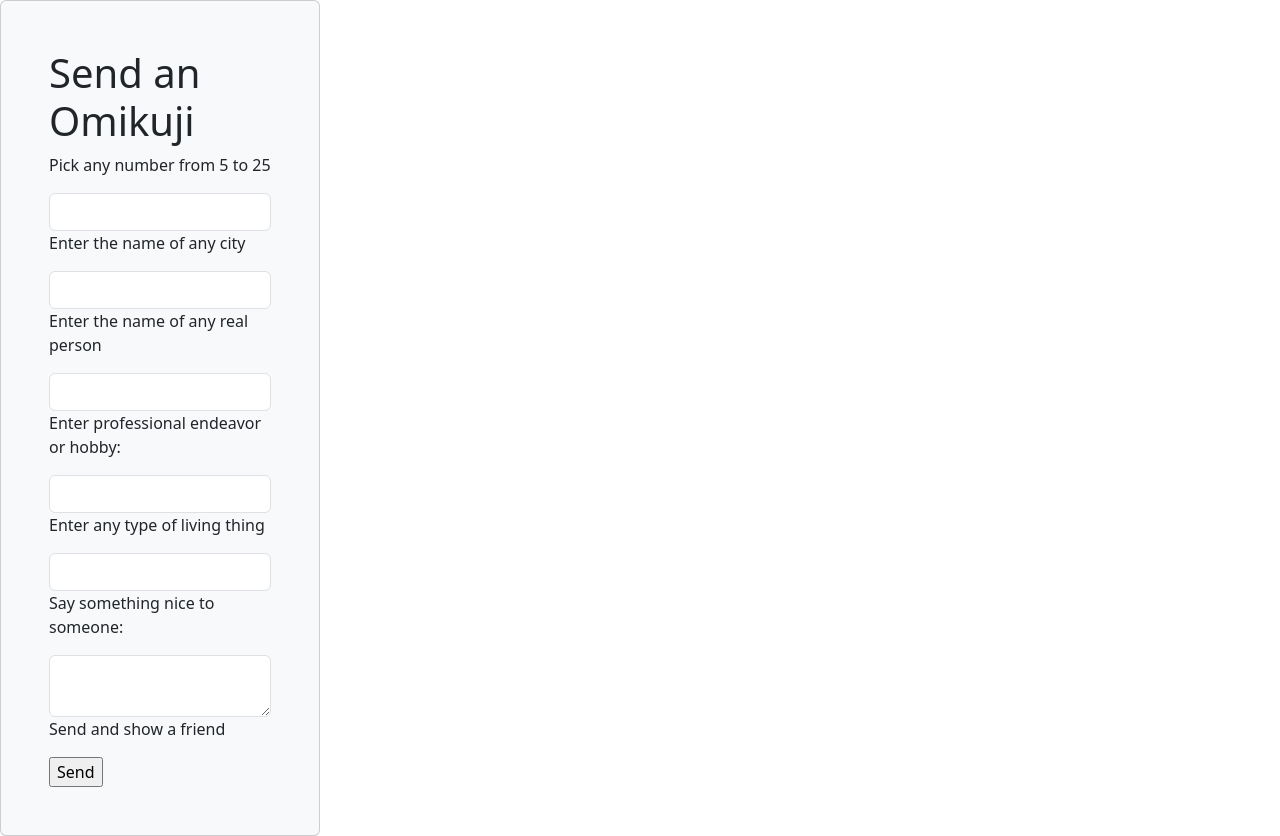
Repository: ShathaMorales/Java-Stack
Page: http://localhost/OmikujiForm/WEB-INF/index.jsp
The author's editor kept a copy of each file at every save. The page is drawn from the files as they stood at one save, then again after the next save.
The browser window is 1280 px wide. The pictures show the whole page.
The page is served by Tomcat 10. Nobody is signed in. The template is opened directly, without the code that normally fills it, so the values that code supplies are empty.

Above is the page before, as saved 2023-05-06 10:39:43.

After the next save:
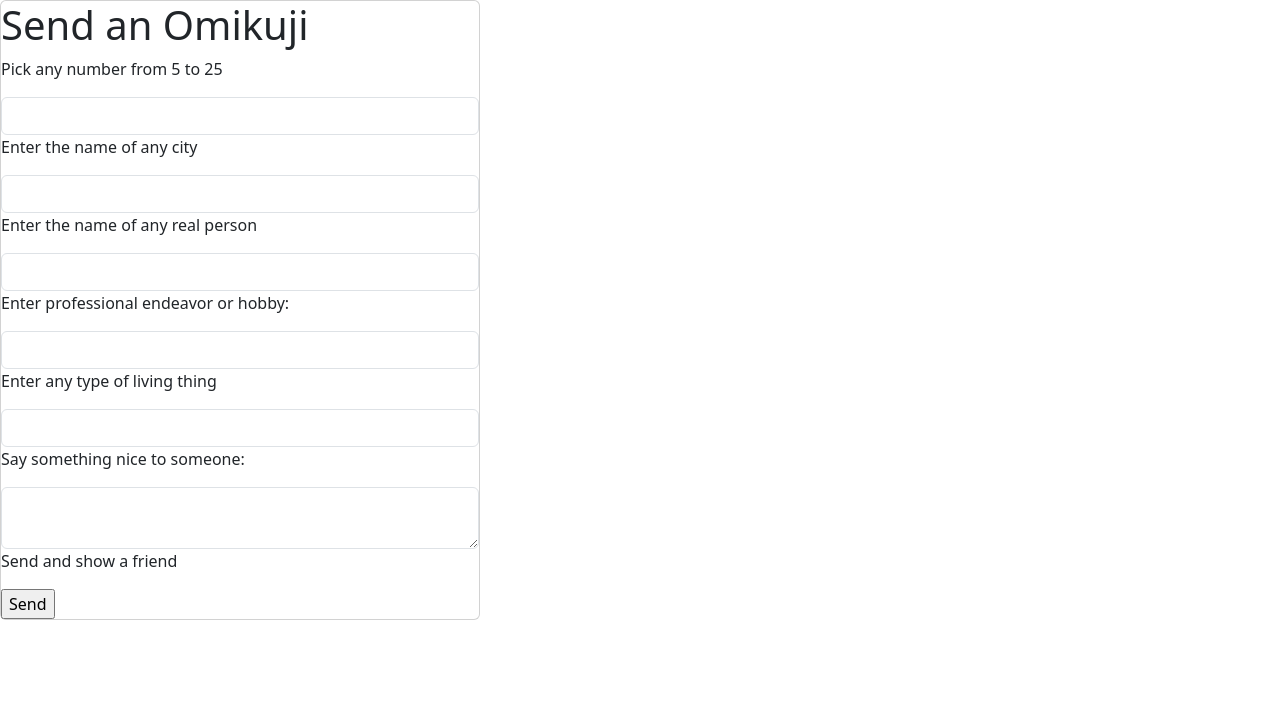
Saved 19 s later.
--- a/_java/JavaSpring/OmikujiForm/OmikujiForm/src/main/webapp/WEB-INF/index.jsp
+++ b/_java/JavaSpring/OmikujiForm/OmikujiForm/src/main/webapp/WEB-INF/index.jsp
@@ -10,7 +10,7 @@
 <title>Omikuji Form</title>
 </head>
 <body>
-	<div class="card p-5 bg-light" style="width: 20rem;">
+	<div class="card" style="width: 30rem;">
 		<h1>Send an Omikuji</h1>
 		<form action="/omikuji/handle" method="POST">
 			<p><label>Pick any number from 5 to 25</label></p>

After the save that followed:
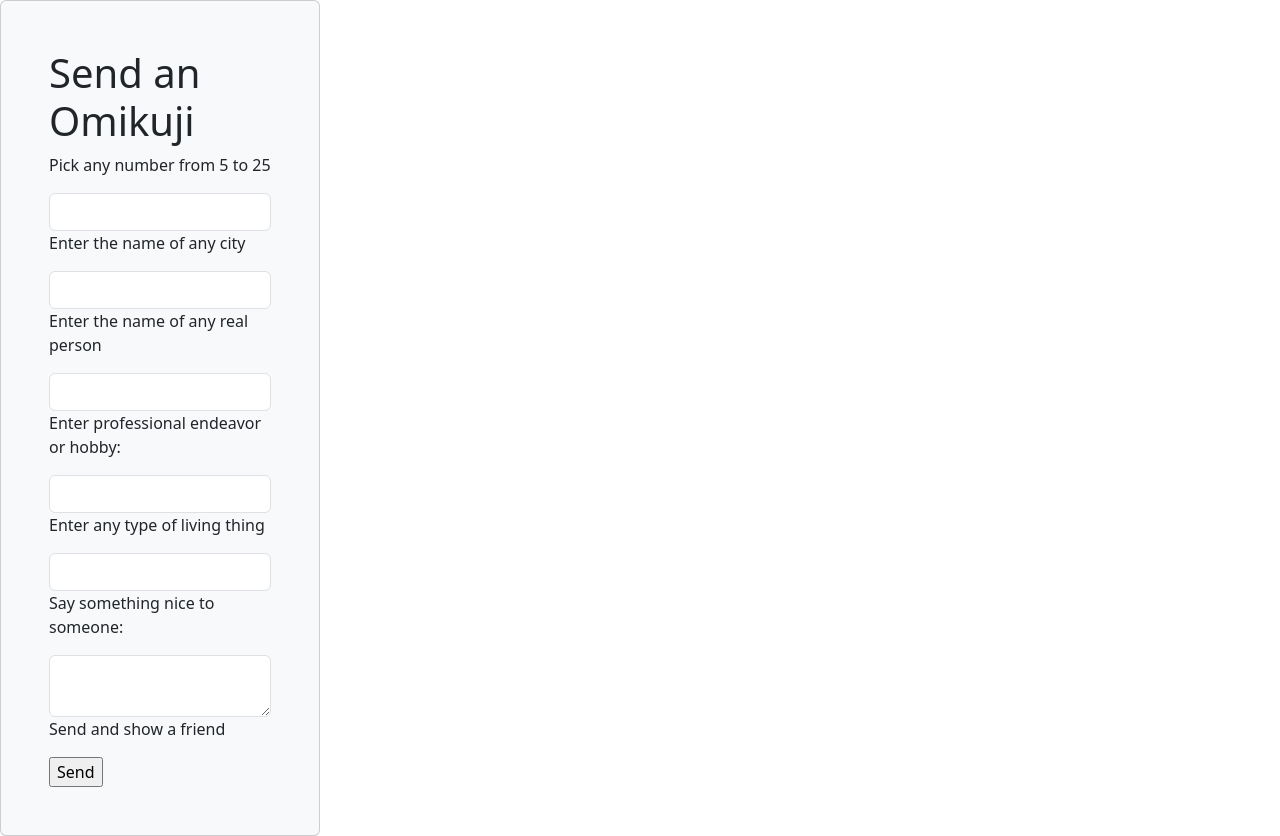
Saved 19 s later.
--- a/_java/JavaSpring/OmikujiForm/OmikujiForm/src/main/webapp/WEB-INF/index.jsp
+++ b/_java/JavaSpring/OmikujiForm/OmikujiForm/src/main/webapp/WEB-INF/index.jsp
@@ -10,7 +10,7 @@
 <title>Omikuji Form</title>
 </head>
 <body>
-	<div class="card" style="width: 30rem;">
+	<div class="card p-5 bg-light" style="width: 20rem;">
 		<h1>Send an Omikuji</h1>
 		<form action="/omikuji/handle" method="POST">
 			<p><label>Pick any number from 5 to 25</label></p>
